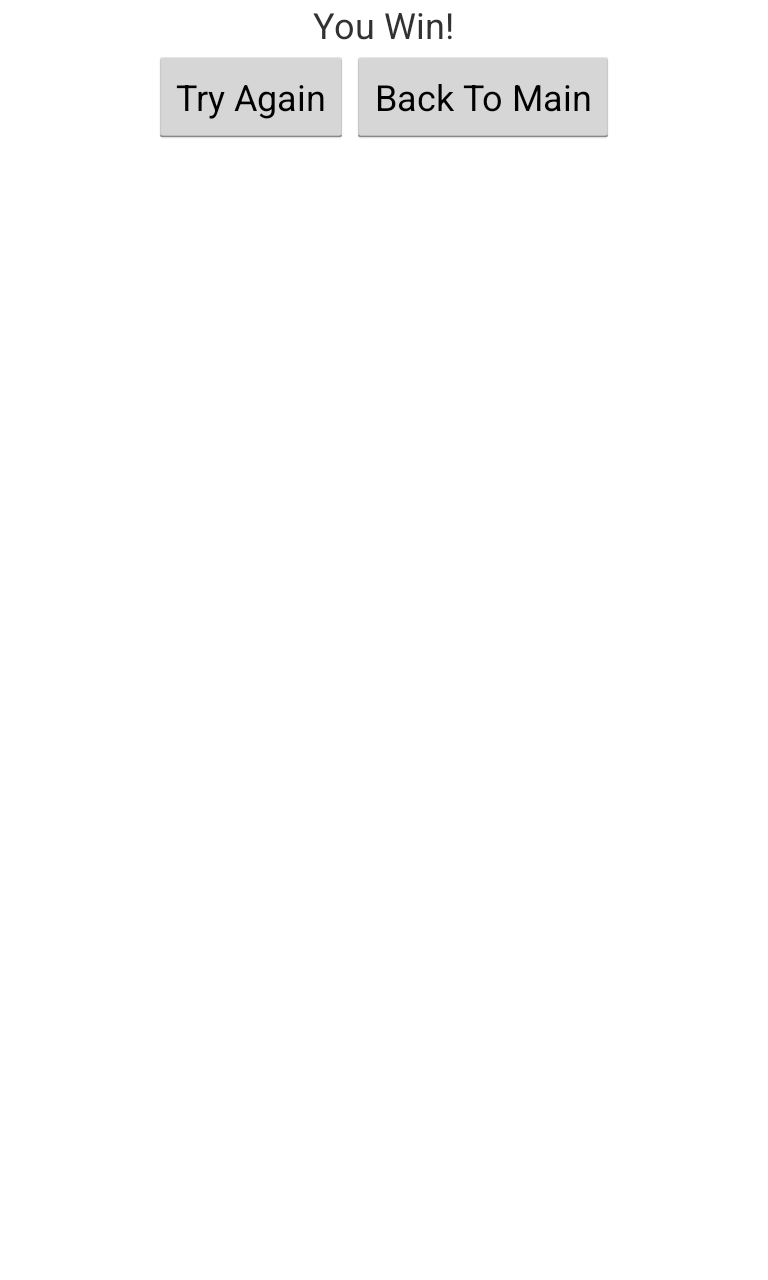
Repository: SarahDowlath/TriniHangman
Layout: workspace3/Trini-Hangman/res/layout/endgame_dialog.xml
An editor plug-in stored every save of this project. The layout is shown before and after the next save, followed by the edit.
It is drawn on a 768 x 1280 px phone screen (xhdpi) without system bars, with theme AppTheme; the app's code is not run.

Above is the layout before, as saved 2014-07-22 04:25:17.

After the next save:
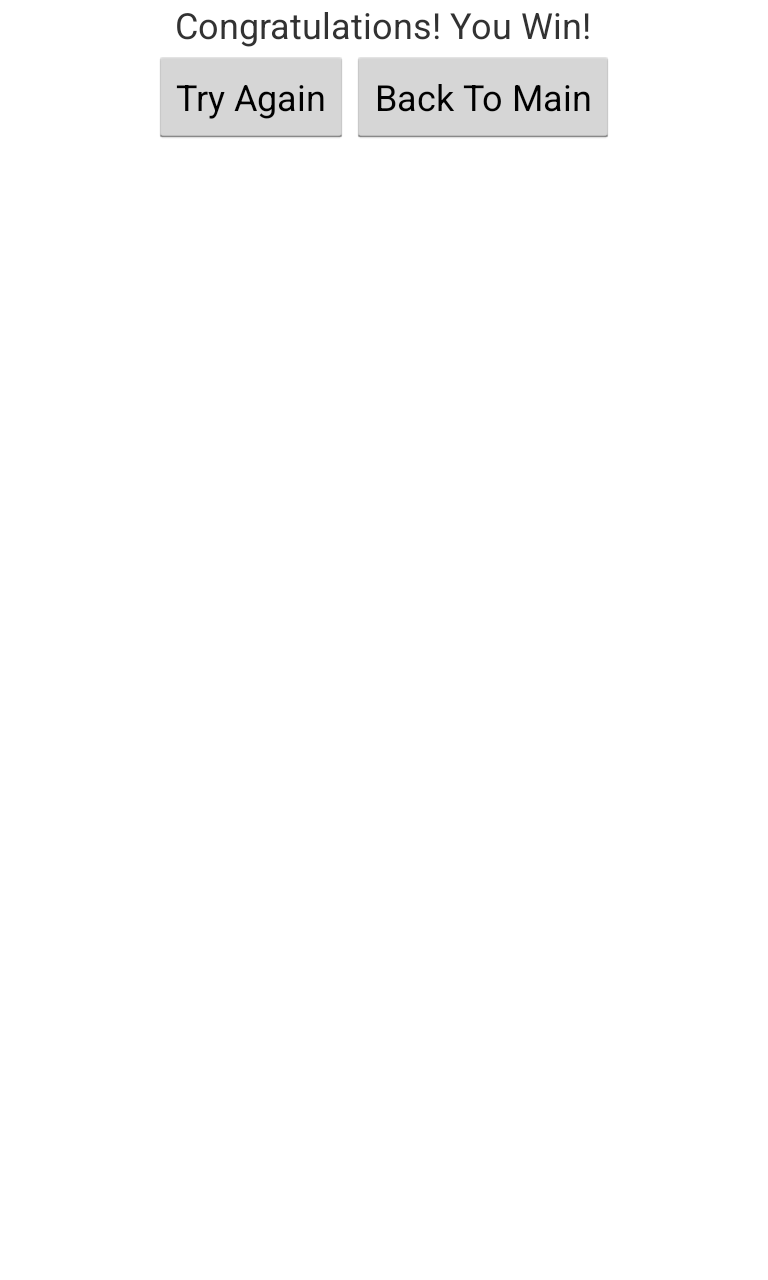
Saved 27 s later.
--- a/workspace3/Trini-Hangman/res/layout/endgame_dialog.xml
+++ b/workspace3/Trini-Hangman/res/layout/endgame_dialog.xml
@@ -5,7 +5,7 @@
  xmlns:android="http://schemas.android.com/apk/res/android">
 
  <TextView android:layout_height="wrap_content"
- android:layout_width="wrap_content" android:text="You Win!"
+ android:layout_width="wrap_content" android:text="Congratulations! You Win!"
  android:id="@+id/endmessage" android:textSize="8pt"
  android:layout_centerHorizontal="true">
  </TextView>
